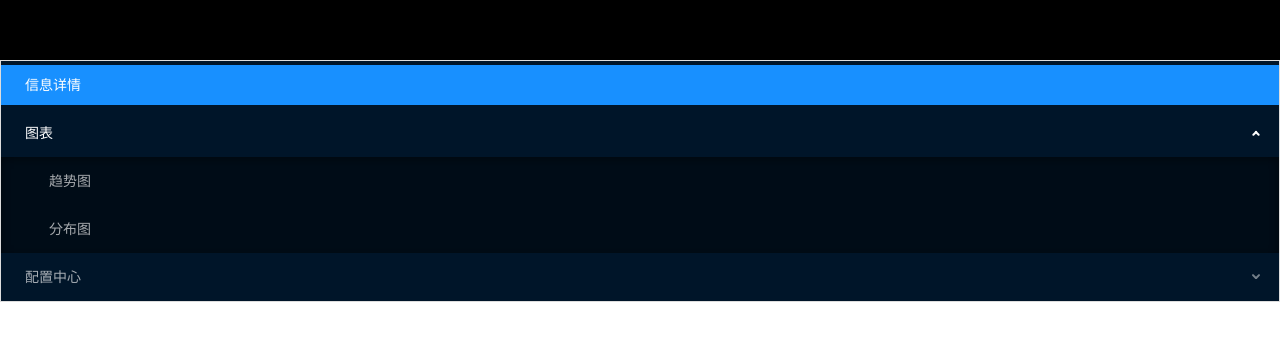
Repository: zhongdm/vue-vuex-antd
Page: /#/home
An editor plug-in stored every save of this project. The page is shown before and after the next save, followed by the edit.
The browser window is 1280 px wide. The pictures show the whole page.
The project was rebuilt for these pictures with package versions that can differ from the ones it lists, and the page was loaded fresh each time.

Above is the page before, as saved 2019-03-15 08:52:05.

### index.html
<!DOCTYPE html>
<html>
  <head>
    <meta charset="utf-8">
    <meta name="viewport" content="width=device-width,initial-scale=1.0">
    <title>vue-vuex-antd</title>
  </head>
  <body>
    <div id="app"></div>
    <!-- built files will be auto injected -->
  </body>
</html>

### src/main.js
// The Vue build version to load with the `import` command
// (runtime-only or standalone) has been set in webpack.base.conf with an alias.
import Vue from 'vue'
import App from './App'
import router from './router'
import TestPlugin from './plugins-custom/TestPlugin'
import Antd from 'ant-design-vue'
import 'ant-design-vue/dist/antd.css'

Vue.config.productionTip = false
Vue.use(TestPlugin)
Vue.use(Antd)

/* eslint-disable no-new */
new Vue({
  el: '#app',
  router,
  components: { App },
  template: '<App/>'
})

### src/App.vue
<template>
  <div id="app">
    <router-view/>
  </div>
</template>

<script>
export default {
  name: 'App'
}
</script>

<style>
#app {
  font-family: 'Avenir', Helvetica, Arial, sans-serif;
  -webkit-font-smoothing: antialiased;
  -moz-osx-font-smoothing: grayscale;
  /* text-align: center; */
  color: #2c3e50;
  /* margin-top: 60px; */
}
</style>

### src/router/index.js
import Vue from 'vue'
import Router from 'vue-router'

Vue.use(Router)

const router = new Router({
  routes: [
    {
      path: '/',
      name: 'Login',
      component: () => import('@/pages/Login')
    },
    {
      path: '/home',
      component: () => import('@/pages/home/Home')
    },
    {
      path: '/settings',
      component: () => import('@/pages/settings/Settings'),
      children: [
        {
          path: '',
          redirect: 'user'
        },
        {
          path: 'user',
          name: 'User',
          component: () => import('@/pages/settings/User')
        },
        {
          path: 'role',
          name: 'Role',
          component: () => import('@/pages/settings/Role')
        }
      ]
    }
  ]
})

// router.beforeEach((to, from, next) => {
//   console.log(to.path, from)
//   next()
// })
export default router

### src/plugins-custom/TestPlugin.js
let TestPlugin = {}
TestPlugin.install = function (Vue, options) {
  Vue.istest = function () {
    console.log('plugin test success')
  }
  Vue.prototype.logining = function () {
    console.log('loging')
  }
}

export default TestPlugin

### src/pages/home/Home.vue
<template>
  <div>
    <div class="nav-container"></div>
    <!-- <a-row :gutter="16"> -->
      <!-- <a-col :xs="4" :sm="8" :md="8" :lg="8" :xl="6"> -->
        <menu-bar></menu-bar>
      <!-- </a-col> -->
      <!-- <a-col :xs="20" :sm="16" :md="16" :lg="16" :xl="18"> -->
        <router-view/>
      <!-- </a-col> -->
    <!-- </a-row> -->
  </div>
</template>

<script>
export default {
  data () {
    return {
    }
  },
  mounted () {
    // this.$router.push('/Home')
  },
  components: {
    MenuBar: () => import('@/components/MenuBar')
  }
}
</script>

<style lang="stylus" scoped>
.nav-container
  height 60px
  background #000
  width 100%
</style>

### src/components/MenuBar.vue
<template>
  <!-- <a-menu
    mode="inline"
    class="menu-bar"
    theme="dark"
    :defaultSelectedKeys="['1']"
    :defaultOpenKeys="['o1']"
    :selectedKeys="[activeMenu]"
    @click="handleMenu">
    <a-menu-item key="1">信息详情</a-menu-item>
    <a-sub-menu key="o1">
      <span slot="title">图表</span>
      <a-menu-item key="2">趋势图</a-menu-item>
      <a-menu-item key="3">分布图</a-menu-item>
    </a-sub-menu>
    <a-menu-item key="4">配置中心</a-menu-item>
  </a-menu> -->
  <div>
  <a-menu
    mode="inline"
    class="menu-bar"
    theme="dark"
    :defaultSelectedKeys="['1']"
    :defaultOpenKeys="['2']"
    :selectedKeys="[activeMenu]"
    @click="handleMenu">
    <template v-for="item in menuList">
      <a-sub-menu :title="item.value" :key="item.key" v-if="item.children">
        <template v-for="subItem in item.children">
          <a-menu-item :key="subItem.key" :data-path="subItem.link">{{subItem.value}}</a-menu-item>
        </template>
    </a-sub-menu>
    <a-menu-item v-else :key="item.key" :data-path="item.link">{{item.value}}</a-menu-item>
    </template>
  </a-menu>
  </div>
</template>

<script>
export default {
  name: 'menu-bar',
  data () {
    return {
      activeMenu: '1'
    }
  },
  computed: {
    menuList () {
      return [
        {
          key: '1',
          value: '信息详情',
          selected: true,
          link: '/info'
        },
        {
          key: '2',
          value: '图表',
          open: false,
          children: [
            {
              key: '2-1',
              value: '趋势图'
            },
            {
              key: '2-2',
              value: '分布图'
            }
          ]
        },
        {
          key: '3',
          value: '配置中心',
          children: [
            {
              key: '3-1',
              value: '用户',
              link: '/settings/user',
            },
            {
              key: '3-2',
              value: '角色',
              link: '/settings/role',
            }
          ]
        }
      ]
    }
  },
  methods: {
    handleMenu (e) {
      this.activeMenu = e.key
      this.$router.push(e.domEvent.target.dataset.path)
      console.log('selected', e.domEvent.target.dataset.path)
    }
  }
}
</script>

<style lang="stylus" scoped>
.menu-bar
  border 1px solid #ddd
</style>

After the next save:
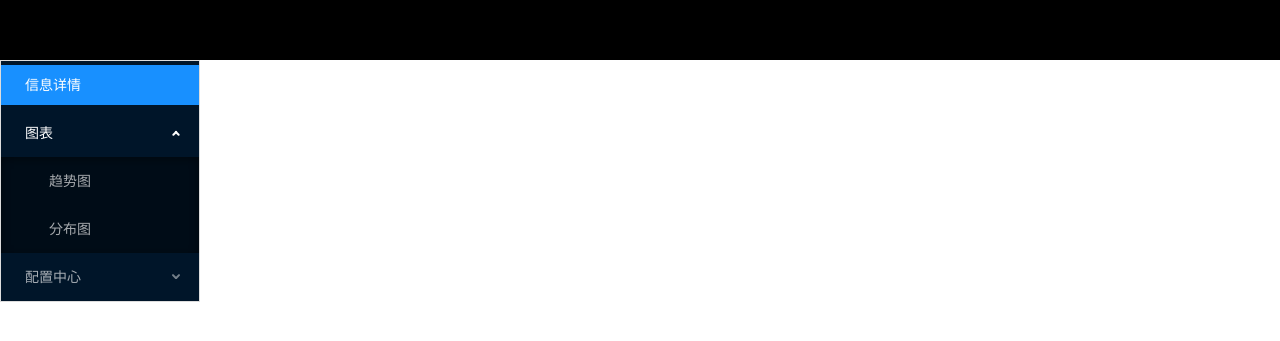
Saved 3 min 6 s later.
--- a/src/components/MenuBar.vue
+++ b/src/components/MenuBar.vue
@@ -100,4 +100,5 @@ export default {
 <style lang="stylus" scoped>
 .menu-bar
   border 1px solid #ddd
+  width 200px
 </style>
